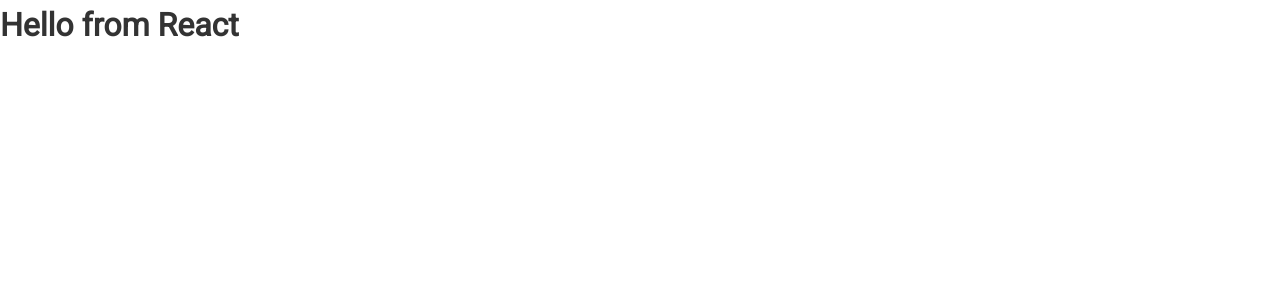
Repository: messimacky/github-finder
Page: /
An editor plug-in stored every save of this project. The page is shown before and after the next save, followed by the edit.
The browser window is 1280 px wide. The pictures show the whole page.
The project was rebuilt for these pictures with package versions that can differ from the ones it lists, and the page was loaded fresh each time.

Above is the page before, as saved 2022-02-20 16:31:23.

After the next save:
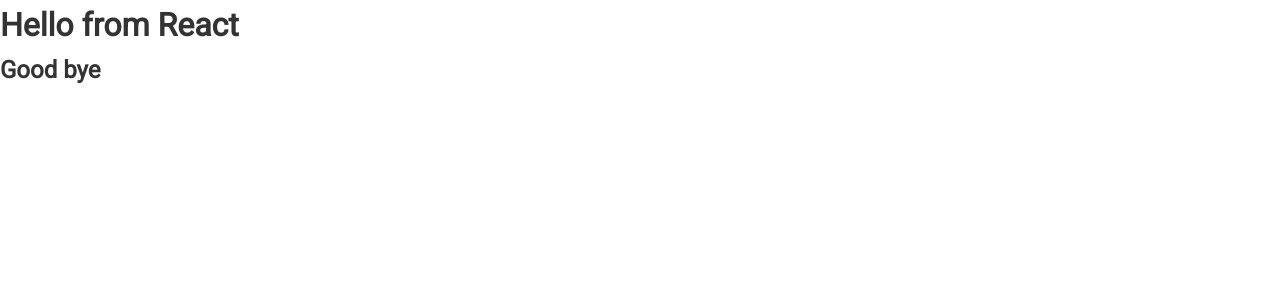
Saved 24 s later.
--- a/src/App.js
+++ b/src/App.js
@@ -1,13 +1,14 @@
-import React, { Component, Fragment } from 'react';
+import React, { Component } from 'react';
 import './App.css';
 
 class App extends React.Component {
 
 render(){
   return (
-    <Fragment>
+    <div className="App">
     <h1> Hello from React</h1>
-    </Fragment>
+    <h2>Good bye</h2>
+    </div>
   );
 }
 
